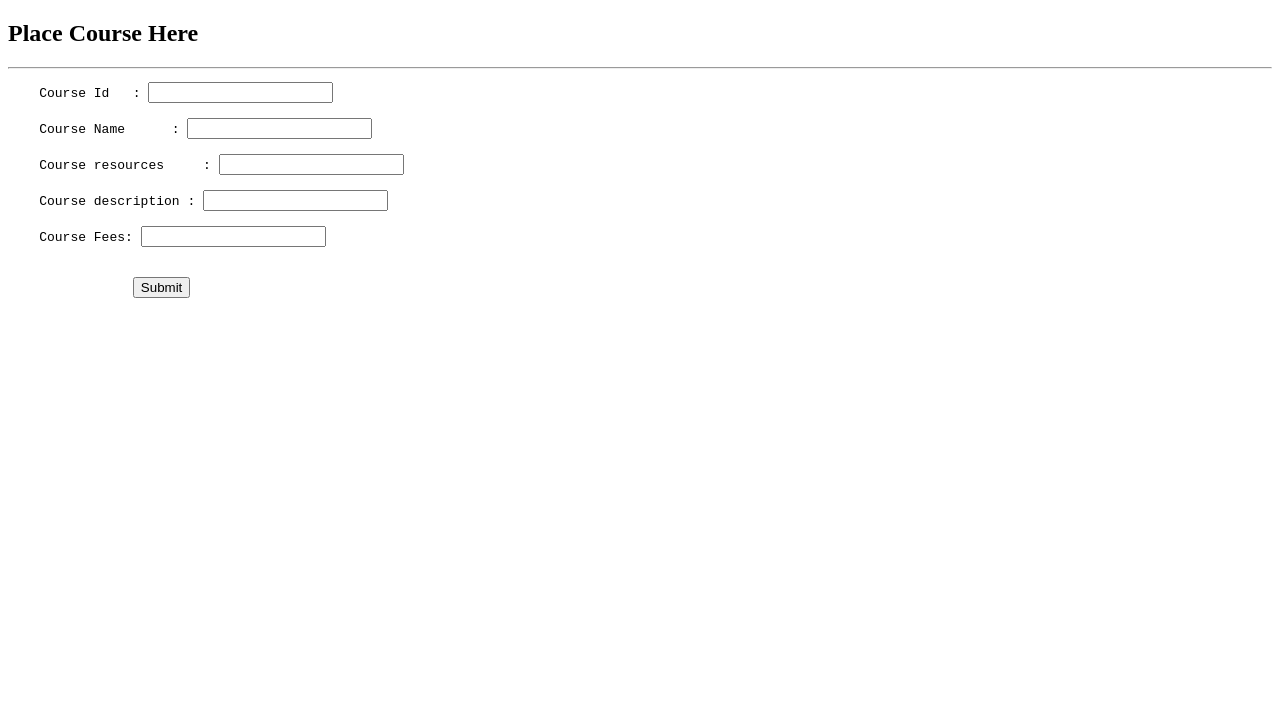
Repository: ShreyasG27/Amdocs-Training
Page: http://localhost/e-learning-frontend/course.jsp
These files come from the project's save history. The page is drawn as it stood at one moment and after the next save; the edit follows.
The browser window is 1280 px wide. The pictures show the whole page.
The page is served by Tomcat 9.

Above is the page before, as saved 2021-08-22 17:07:12.

After the next save:
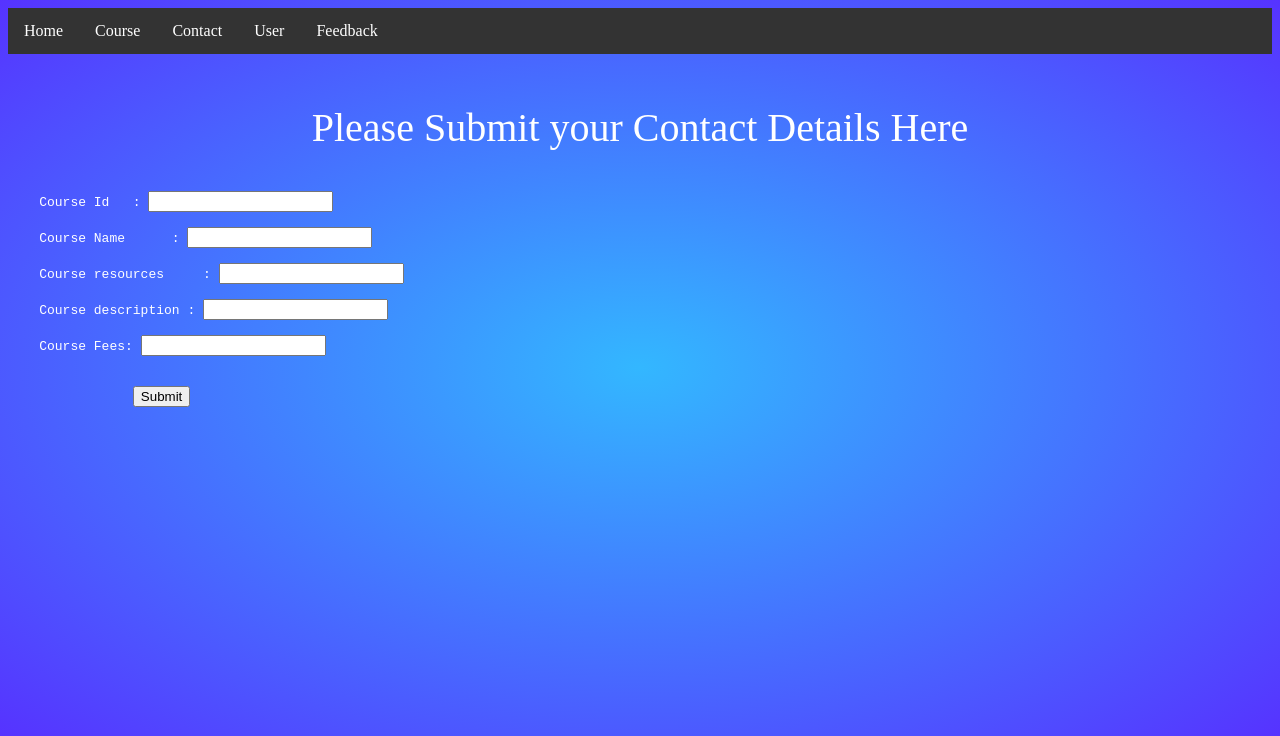
Saved 56 s later.
--- a/e-learning-frontend/src/main/webapp/course.jsp
+++ b/e-learning-frontend/src/main/webapp/course.jsp
@@ -5,10 +5,99 @@
 <head>
 <meta http-equiv="Content-Type" content="text/html; charset=ISO-8859-1">
 <title>Course Page</title>
+<style>
+body{
+	background-image: radial-gradient(#33B7FF,#5633ff);
+	color: white;
+	height: 100vh;
+}
+.heading{
+font-size:40px;
+margin-top: 50px;
+}
+.submitbutton{
+	margin-left:460px;
+	padding:8px;
+	font-size:20px;
+	color: midnightblue;
+	background-color:lightblue;
+	border-radius:5px;
+	margin-top: 20px;
+}
+.submitbutton:hover{
+	margin-left:460px;
+	padding:8px;
+	font-size:20px;
+	color: midnightblue;
+	background-color:cyan;
+	border-radius:5px;
+	margin-top: 20px;
+}
+.inputfld{
+	margin-left: 430px;
+	padding: 5px;
+	broder-radius:10px;
+	font-size:12px;
+	width:30%;
+}
+.inputfld1{
+	margin-left: 420px;
+	padding: 5px;
+	broder-radius:10px;
+	font-size:12px;
+	width:30%;
+}
+.inputfld2{
+	margin-left: 438px;
+	padding: 5px;
+	broder-radius:10px;
+	font-size:12px;
+	width:30%;
+}
+.txtfld{
+	font-size:20px;
+	margin-left:440px;
+}
+ul {
+  list-style-type: none;
+  margin: 0;
+  padding: 0;
+  overflow: hidden;
+  background-color: #333;
+  width:100%;
+}
+
+li {
+  float: left;
+}
+
+li a {
+  display: block;
+  color: white;
+  text-align: center;
+  padding: 14px 16px;
+  text-decoration: none;
+}
+
+li a:hover:not(.active) {
+  background-color: #111;
+}
+
+.active {
+  background-color: #33A1FF;
+  color: black;
+}
+</style>
 </head>
 <body>
-<h2>Place Course Here</h2>
-<hr>
+<ul>
+  <li><a href="afterloginadm.jsp">Home</a></li>
+  <li><a href="course.jsp">Course</a></li>
+  <li><a href="contactdisplay.jsp">Contact</a></li>
+  <li><a href="userdisplay.jsp">User</a></li>
+  <li><a href="feedbackdisplay.jsp">Feedback</a></li>
+</ul>
+<center><p class="heading">Please Submit your Contact Details Here</p></center>
 <form action="course" method="POST">
     <pre>
     Course Id   : <input type="number" name="courseid"><br>
